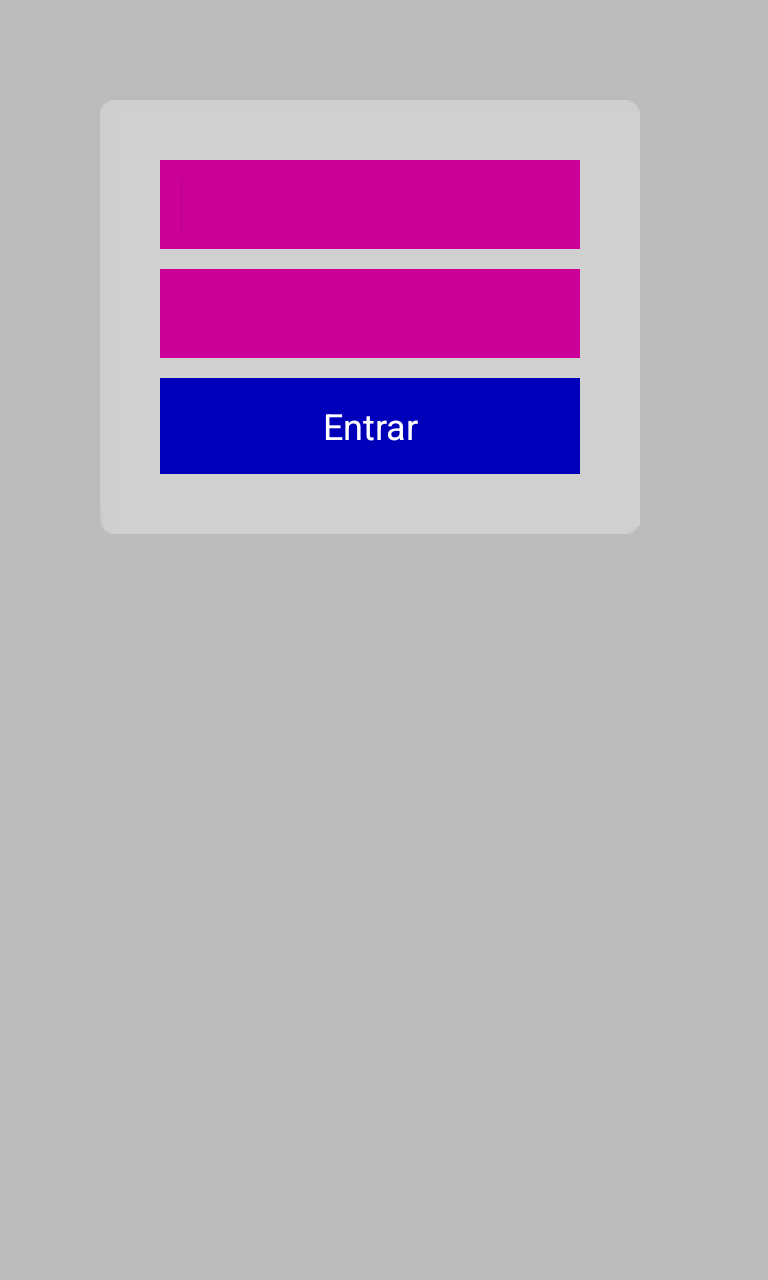
Repository: christianchi/di
Layout: 09 Drawable/UsoDrawNinePatch/res/layout/activity_main.xml
An editor plug-in stored every save of this project. The layout is shown before and after the next save, followed by the edit.
It is drawn on a 768 x 1280 px phone screen (xhdpi) without system bars, with theme AppTheme; the app's code is not run.

Above is the layout before, as saved 2014-01-16 08:52:09.

### 09 Drawable/UsoDrawNinePatch/res/layout/activity_main.xml
<RelativeLayout xmlns:android="http://schemas.android.com/apk/res/android"
    android:layout_width="fill_parent"
    android:layout_height="fill_parent"
    android:background="#bbb"
    android:orientation="vertical"
    android:padding="50dp" >

    <LinearLayout
        android:layout_width="wrap_content"
        android:layout_height="wrap_content"
        android:background="@drawable/bg_login_white"
        android:orientation="vertical"
        android:padding="30dp" >

        <EditText
            android:id="@+id/editText1"
            android:layout_width="match_parent"
            android:layout_height="wrap_content"
            android:background="#c09"
            android:ems="10"
            android:padding="10dp"
            android:textColor="#fff" >

            <requestFocus />
        </EditText>

        <EditText
            android:id="@+id/editText2"
            android:layout_width="match_parent"
            android:layout_height="wrap_content"
            android:layout_marginTop="10dp"
            android:background="#c09"
            android:ems="10"
            android:inputType="textPassword"
            android:padding="10dp"
            android:textColor="#fff" />

        <Button
            android:id="@+id/button1"
            android:layout_width="match_parent"
            android:layout_height="wrap_content"
            android:layout_marginTop="10dp"
            android:background="#00b"
            android:text="Entrar"
            android:textColor="#fff" />
    </LinearLayout>

</RelativeLayout>

Loaded but not shown: 09 Drawable/UsoDrawNinePatch/res/values/styles.xml (common file); 09 Drawable/UsoDrawNinePatch/res/values-v11/styles.xml (common file); 09 Drawable/UsoDrawNinePatch/res/values-v14/styles.xml (common file)

After the next save:
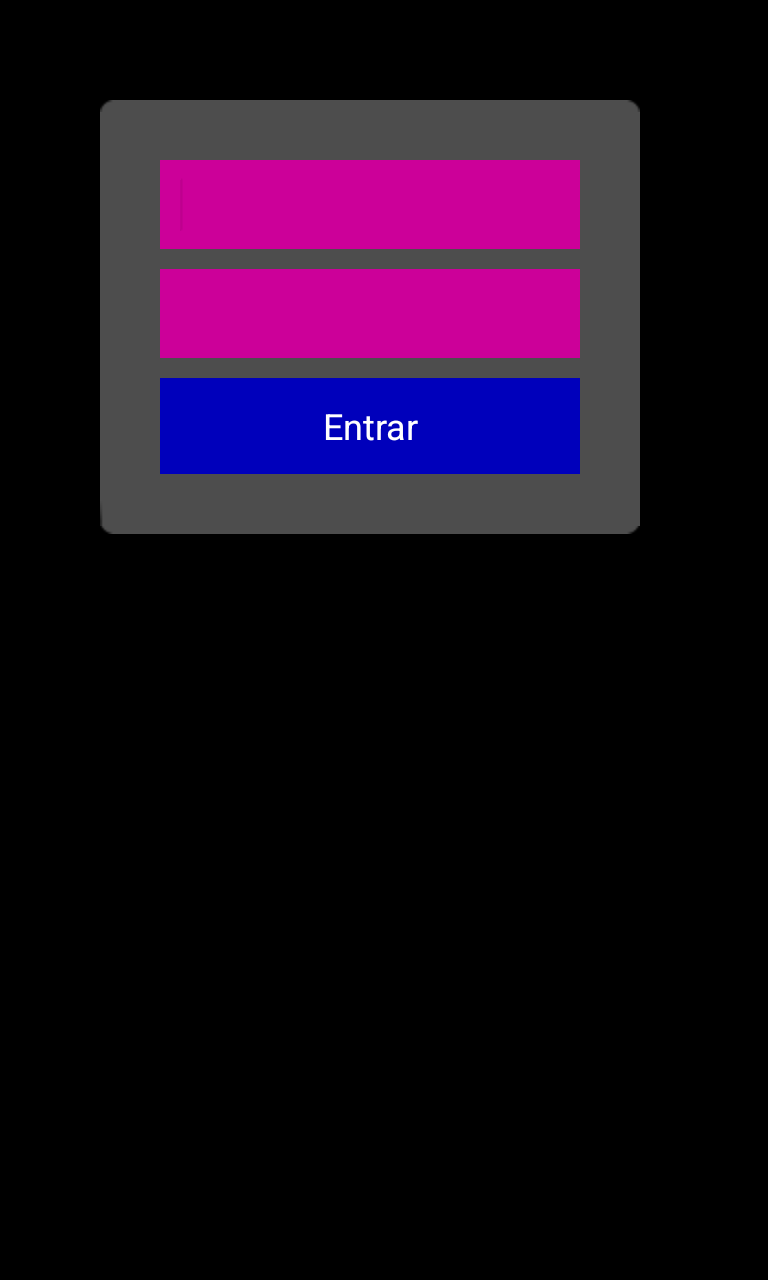
Saved 2 min 40 s later.
--- a/09 Drawable/UsoDrawNinePatch/res/layout/activity_main.xml
+++ b/09 Drawable/UsoDrawNinePatch/res/layout/activity_main.xml
@@ -1,7 +1,7 @@
 <RelativeLayout xmlns:android="http://schemas.android.com/apk/res/android"
     android:layout_width="fill_parent"
     android:layout_height="fill_parent"
-    android:background="#bbb"
+    android:background="#000"
     android:orientation="vertical"
     android:padding="50dp" >
 
